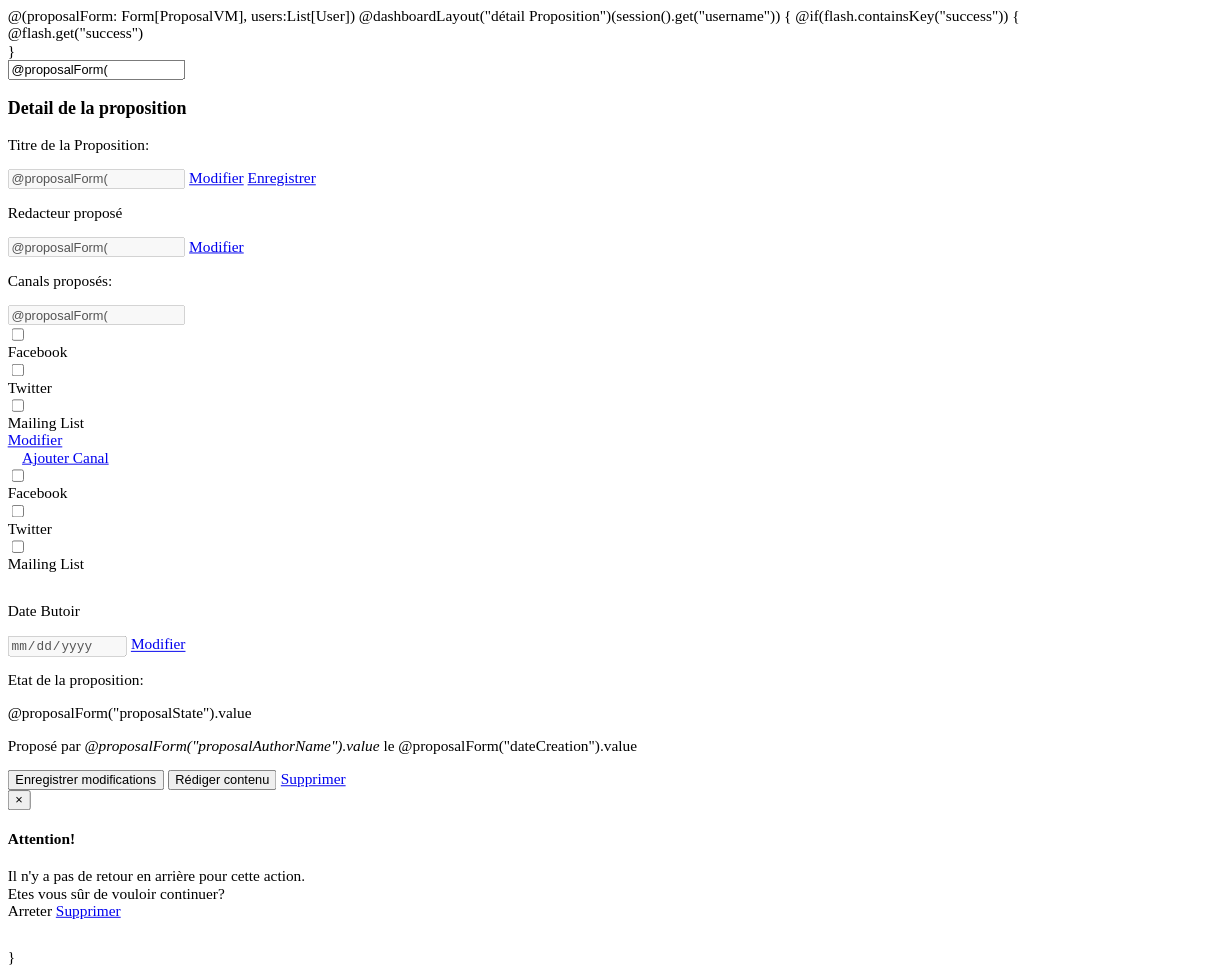
Repository: spirale-software/labo_master
Page: Application/oneDotCom/app/views/proposalDetail.scala.html
An editor plug-in stored every save of this project. The page is shown before and after the next save, followed by the edit.
The browser window is 1280 px wide. The pictures show the whole page, at 96% of full size.
After loading, the first visible `#idSaveTitle` was clicked once.

Above is the page before, as saved 2017-04-13 11:03:21.
Console error: ReferenceError: saveTitle is not defined

After the next save:
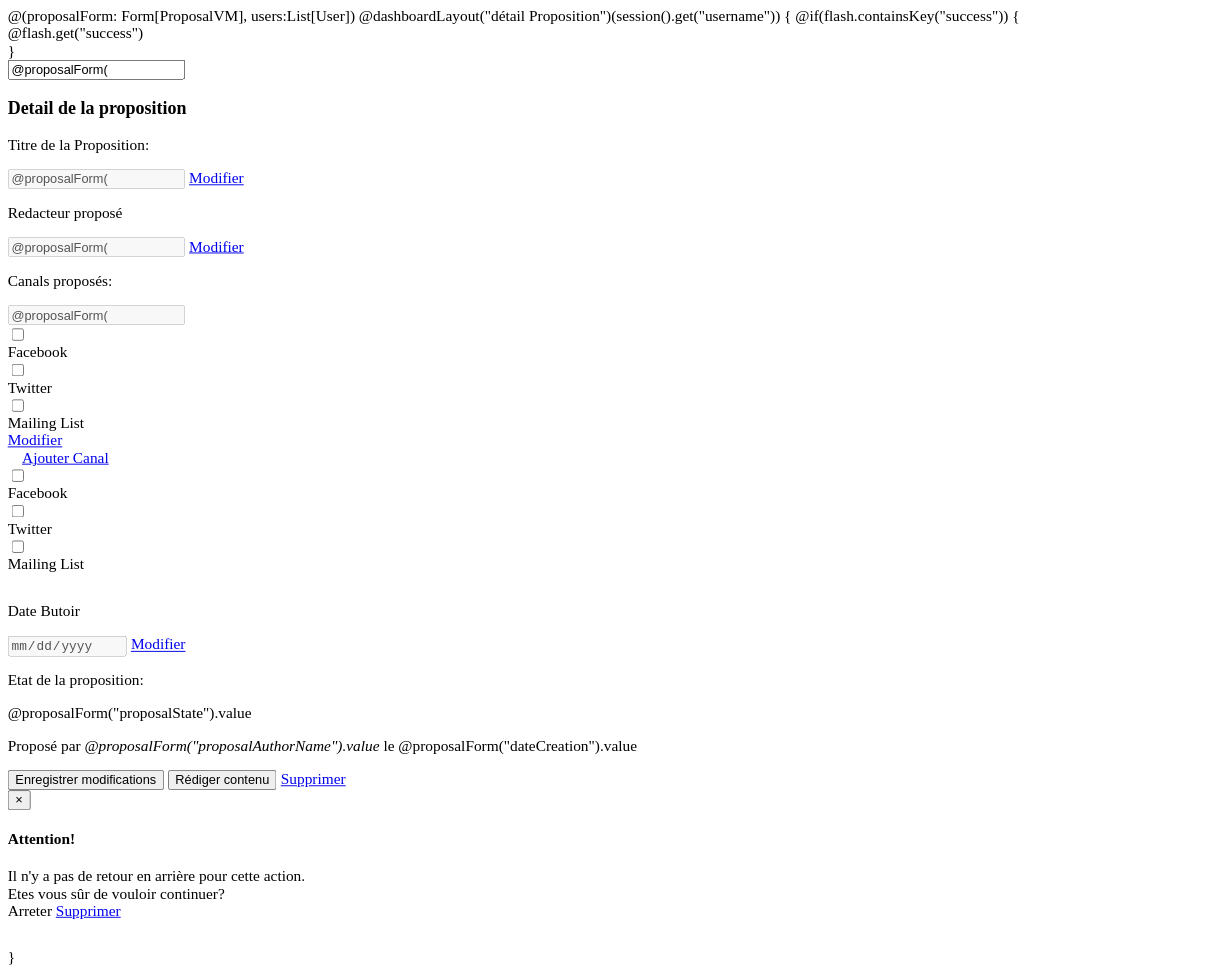
The error is gone.
Saved 2 min 56 s later.
--- a/Application/oneDotCom/app/views/proposalDetail.scala.html
+++ b/Application/oneDotCom/app/views/proposalDetail.scala.html
@@ -208,6 +208,14 @@
             		document.getElementById("dateId").disabled =false;
             	}
 
+            	function saveTitle() {
+            		document.getElementById("idSaveTitle").hidden = true;
+
+            		document.getElementById("idModifier").hidden = false;
+            		document.getElementById("idModifier").className = "col-lg-3 col-md-3";
+
+            	}
+
             </script>
 
 
